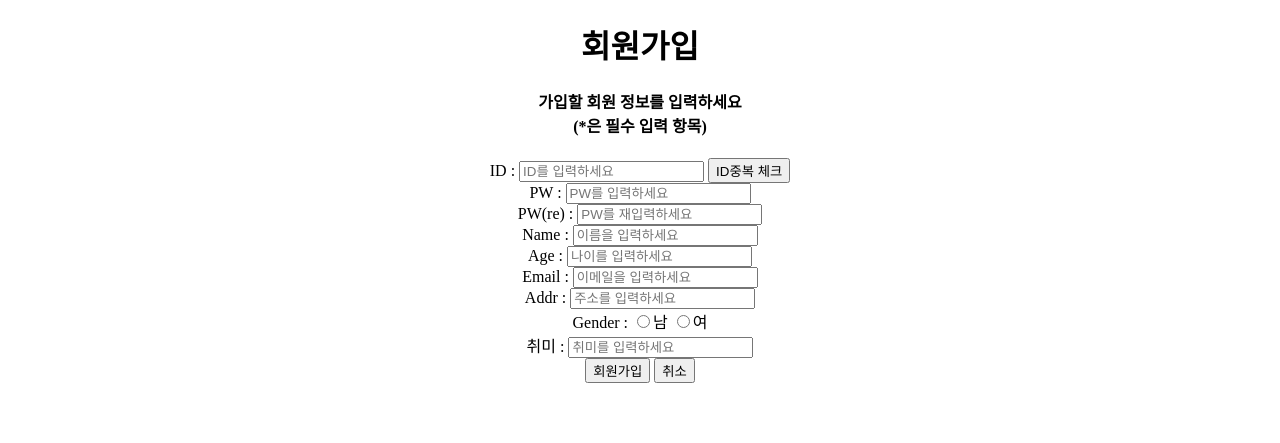
Repository: minimelody/servlet
Page: webworkspace2/web2/WebContent/views/member/joinus.html
An editor plug-in stored every save of this project. The page is shown before and after the next save, followed by the edit.
The browser window is 1280 px wide. The pictures show the whole page.

Above is the page before, as saved 2018-05-25 01:52:56.

### webworkspace2/web2/WebContent/views/member/joinus.html
<!DOCTYPE html>
<html>
<head>
<meta charset="UTF-8">
<title>회원가입</title>
</head>
<body>
	<center>
		<h1>회원가입</h1>
		<h4>가입할 회원 정보를 입력하세요<br>(*은 필수 입력 항목)</h4>
		<form action="/joinus" method="post">
			ID : <input type="text" placeholder="ID를 입력하세요" name="userId">
			<button onclick="idCheck();">ID중복 체크</button><br>
			PW : <input type="text" placeholder="PW를 입력하세요" name="userPwd"><br>
			PW(re) : <input type="password" placeholder="PW를 재입력하세요" name="userPwd_re"><br>
			Name : <input type="text" placeholder="이름을 입력하세요" name="userName"><br>
			Age : <input type="text" placeholder="나이를 입력하세요" name="age"><br>
			Email : <input type="email" placeholder="이메일을 입력하세요" name="email"><br>
			Addr : <input type="text" placeholder="주소를 입력하세요" name="addr"><br>
			Gender : <input type="radio" name="gender" value="M">남
				<input type="radio" name="gender" value="F">여<br>
			취미 : <input type="text" placeholder="취미를 입력하세요" name="hobby"><br>
			<input type="submit" value="회원가입">
			<button type="button" onclick="back();">취소</button>
		</form>
	</center>
	<script>
		function back()
		{
			history.go(-1);
		}
	</script>
</body>
</html>

After the next save:
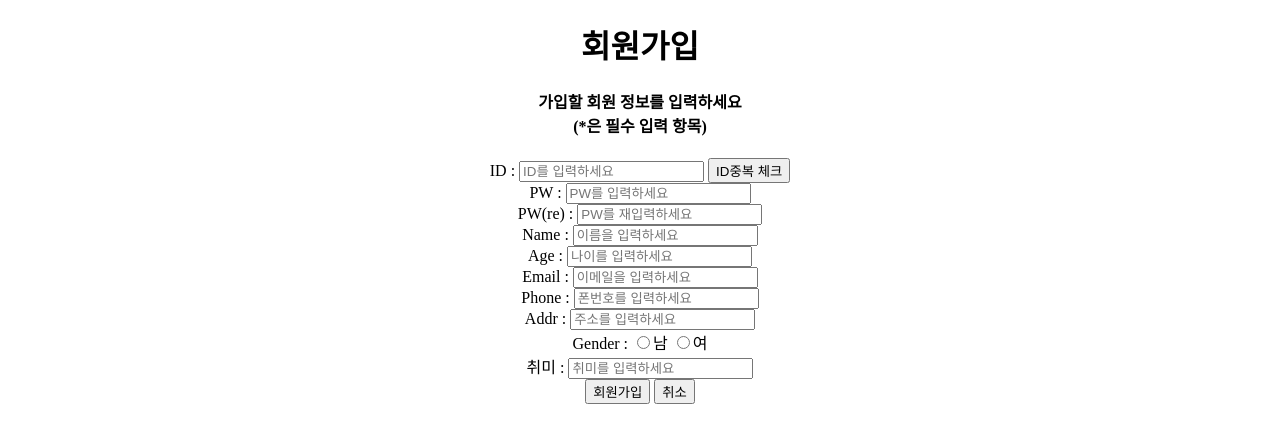
Saved 80 s later.
--- a/webworkspace2/web2/WebContent/views/member/joinus.html
+++ b/webworkspace2/web2/WebContent/views/member/joinus.html
@@ -16,6 +16,7 @@
 			Name : <input type="text" placeholder="이름을 입력하세요" name="userName"><br>
 			Age : <input type="text" placeholder="나이를 입력하세요" name="age"><br>
 			Email : <input type="email" placeholder="이메일을 입력하세요" name="email"><br>
+			Phone : <input type="text" placeholder="폰번호를 입력하세요" name="phone"><br>
 			Addr : <input type="text" placeholder="주소를 입력하세요" name="addr"><br>
 			Gender : <input type="radio" name="gender" value="M">남
 				<input type="radio" name="gender" value="F">여<br>
